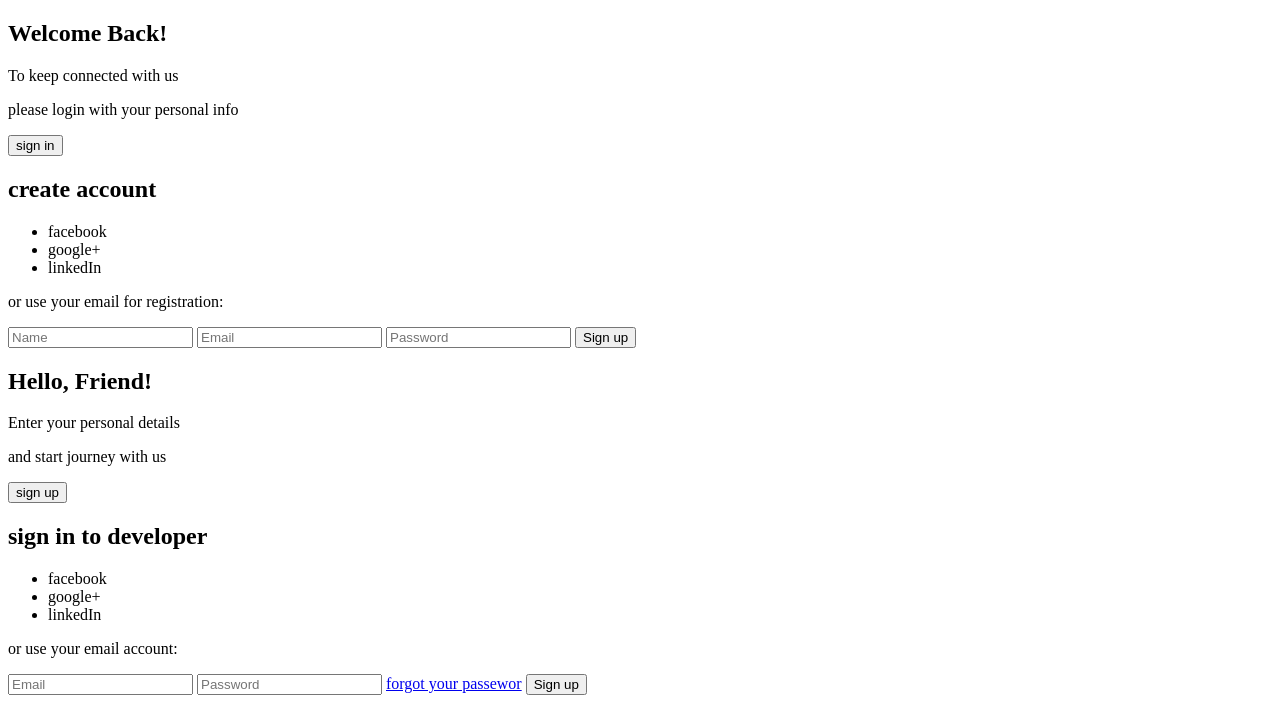
Repository: Gcodeco/ii9Telecom
Page: dist/public/login.html
An editor plug-in stored every save of this project. The page is shown before and after the next save, followed by the edit.
The browser window is 1280 px wide. The pictures show the whole page.

Above is the page before, as saved 2024-10-29 21:10:27.

### dist/public/login.html
<!DOCTYPE html>
<html lang="en">
<head>
    <meta charset="UTF-8">
    <meta name="viewport" content="width=device-width, initial-scale=1.0">
    <title>Document</title>
</head>
<body>
    <div class="container-login">
        <div class="content first content">
            <div class="first column">
                <h2 class="title">Welcome Back!</h2>
                <p class="description">To keep connected with us</p>
                <p class="description">please login with your personal info</p>
                <button class="btn">sign in</button>
            </div>
            <div class="second column">
                <h2 class="title">create account</h2>
                <div class="social-media">
                <ul>
                    <li class="li"><a href="#"></a>facebook</li>
                    <li class="li"><a href="#"></a>google+</li>
                    <li class="li"><a href="#"></a>linkedIn</li>
                </ul>
                </div>
                <p class="description">or use your email for registration: </p>
                <form class="form">
                    <input type="text" placeholder="Name">
                    <input type="text" placeholder="Email">
                    <input type="text" placeholder="Password">
                    <button class="btn">Sign up</button>
                </form>
            </div>
        </div>
        <div class="content second content">
            <div class="content first content">
                <div class="first column">
                    <h2 class="title">Hello, Friend!</h2>
                    <p class="description">Enter your personal details</p>
                    <p class="description">and start journey with us</p>
                    <button class="btn">sign up</button>
                </div>
                <div class="second column">
                    <h2 class="title">sign in to developer</h2>
                    <div class="social-media">
                    <ul>
                        <li class="li"><a href="#"></a>facebook</li>
                        <li class="li"><a href="#"></a>google+</li>
                        <li class="li"><a href="#"></a>linkedIn</li>
                    </ul>
                    </div>
                    <p class="description">or use your email account: </p>
                    <form class="form">
                        <input type="text" placeholder="Email">
                        <input type="text" placeholder="Password">
                        <a href="#">forgot your passewor</a>
                        <button class="btn">Sign up</button>
                    </form>
                </div>
        </div>
    </div>
</body>
</html>

### dist/public/css/style.css
body {
    font-family: Arial, sans-serif;
    margin: 0;
    padding: 0;
}

header {
    background-color: #003366;
    color: white;
    padding: 10px 20px;
}

nav ul {
    list-style: none;
    padding: 0;
}

nav ul li {
    display: inline;
    margin: 0 10px;
}

nav ul li a {
    color: white;
    text-decoration: none;
}

section {
    padding: 20px;
}

footer {
    text-align: center;
    padding: 10px 0;
    background-color: #f4f4f9;
}

After the next save:
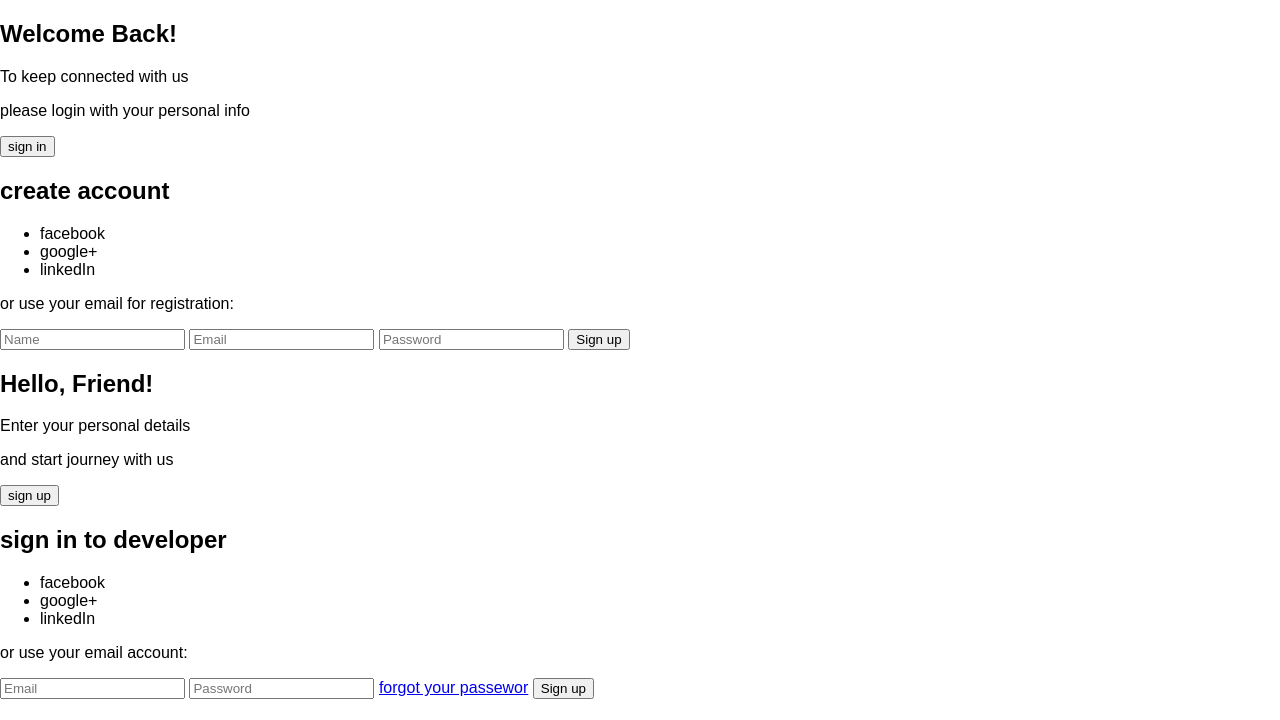
Saved 4 min 28 s later.
--- a/dist/public/login.html
+++ b/dist/public/login.html
@@ -4,6 +4,7 @@
     <meta charset="UTF-8">
     <meta name="viewport" content="width=device-width, initial-scale=1.0">
     <title>Document</title>
+    <link rel="stylesheet" href="css/style.css">
 </head>
 <body>
     <div class="container-login">

After the save that followed:
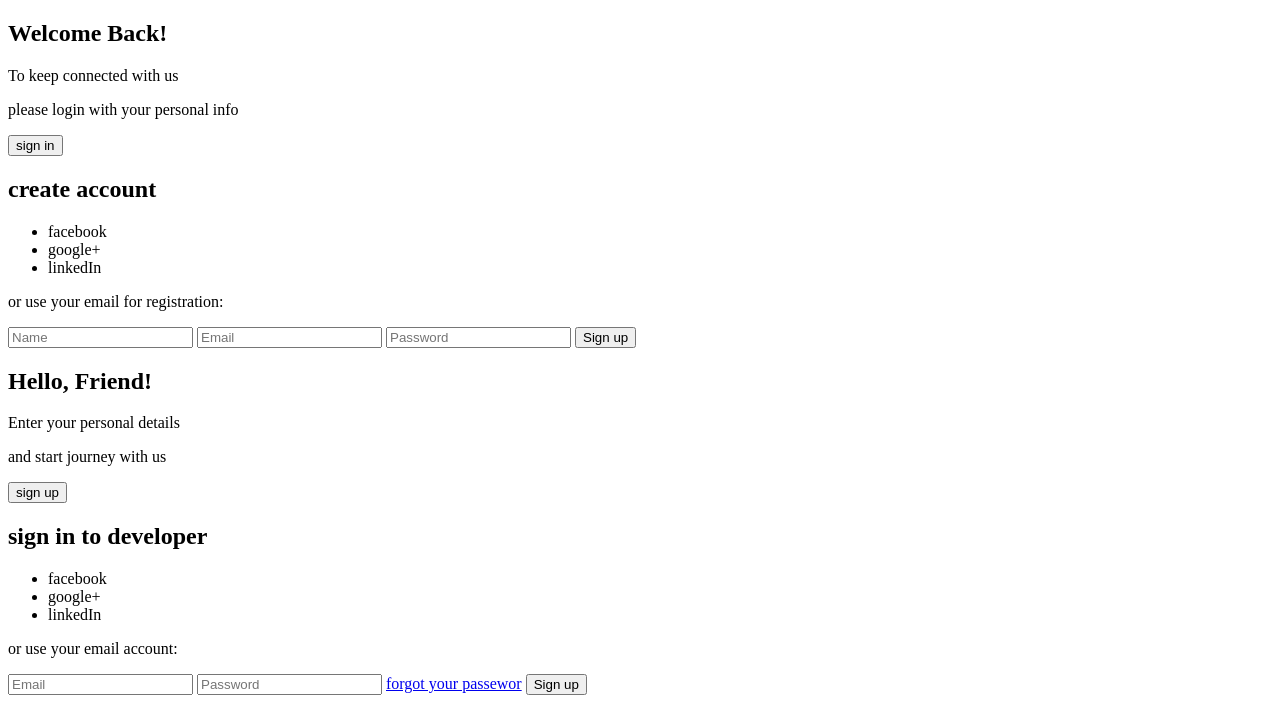
Saved 100 s later.
--- a/dist/public/css/style.css
+++ b/dist/public/css/style.css
@@ -1,36 +1,4 @@
-body {
-    font-family: Arial, sans-serif;
-    margin: 0;
-    padding: 0;
+.container{
+    display: flex;
+    border: 2px solid;
 }
-
-header {
-    background-color: #003366;
-    color: white;
-    padding: 10px 20px;
-}
-
-nav ul {
-    list-style: none;
-    padding: 0;
-}
-
-nav ul li {
-    display: inline;
-    margin: 0 10px;
-}
-
-nav ul li a {
-    color: white;
-    text-decoration: none;
-}
-
-section {
-    padding: 20px;
-}
-
-footer {
-    text-align: center;
-    padding: 10px 0;
-    background-color: #f4f4f9;
-}
